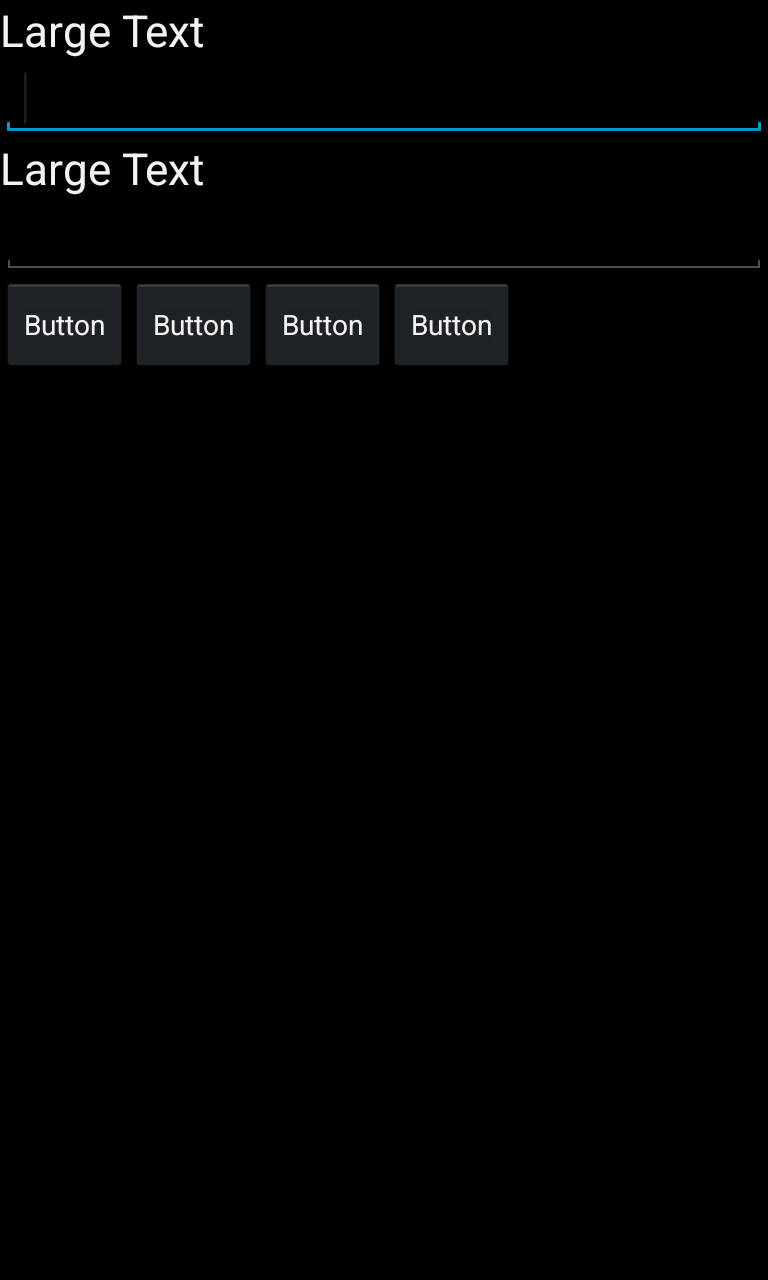
Repository: arcode/Android5124
Layout: Calculator/res/layout/main.xml
The author's editor kept a copy of each file at every save. The layout is drawn from the files as they stood at one save, then again after the next save.
It is drawn on a 768 x 1280 px phone screen (xhdpi) without system bars, with theme android:Theme.Holo; the app's code is not run.

Above is the layout before, as saved 2012-08-10 06:20:31.

### Calculator/res/layout/main.xml
<?xml version="1.0" encoding="utf-8"?>
<LinearLayout xmlns:android="http://schemas.android.com/apk/res/android"
    android:layout_width="fill_parent"
    android:layout_height="fill_parent"
    android:orientation="vertical" >

    <TextView
        android:id="@+id/textView1"
        android:layout_width="wrap_content"
        android:layout_height="wrap_content"
        android:text="Large Text"
        android:textAppearance="?android:attr/textAppearanceLarge" />

    <EditText
        android:id="@+id/editText1"
        android:layout_width="match_parent"
        android:layout_height="wrap_content"
        android:ems="10"
        android:inputType="numberSigned" >

        <requestFocus />
    </EditText>

    <TextView
        android:id="@+id/textView2"
        android:layout_width="wrap_content"
        android:layout_height="wrap_content"
        android:text="Large Text"
        android:textAppearance="?android:attr/textAppearanceLarge" />

    <EditText
        android:id="@+id/editText2"
        android:layout_width="match_parent"
        android:layout_height="wrap_content"
        android:ems="10"
        android:inputType="numberSigned" />

    <LinearLayout
        android:layout_width="match_parent"
        android:layout_height="wrap_content" >

        <Button
            android:id="@+id/button1"
            style="?android:attr/buttonStyleSmall"
            android:layout_width="wrap_content"
            android:layout_height="wrap_content"
            android:text="Button" />

        <Button
            android:id="@+id/button2"
            style="?android:attr/buttonStyleSmall"
            android:layout_width="wrap_content"
            android:layout_height="wrap_content"
            android:text="Button" />

        <Button
            android:id="@+id/button3"
            style="?android:attr/buttonStyleSmall"
            android:layout_width="wrap_content"
            android:layout_height="wrap_content"
            android:text="Button" />

        <Button
            android:id="@+id/button4"
            style="?android:attr/buttonStyleSmall"
            android:layout_width="wrap_content"
            android:layout_height="wrap_content"
            android:text="Button" />

    </LinearLayout>

</LinearLayout>

After the next save:
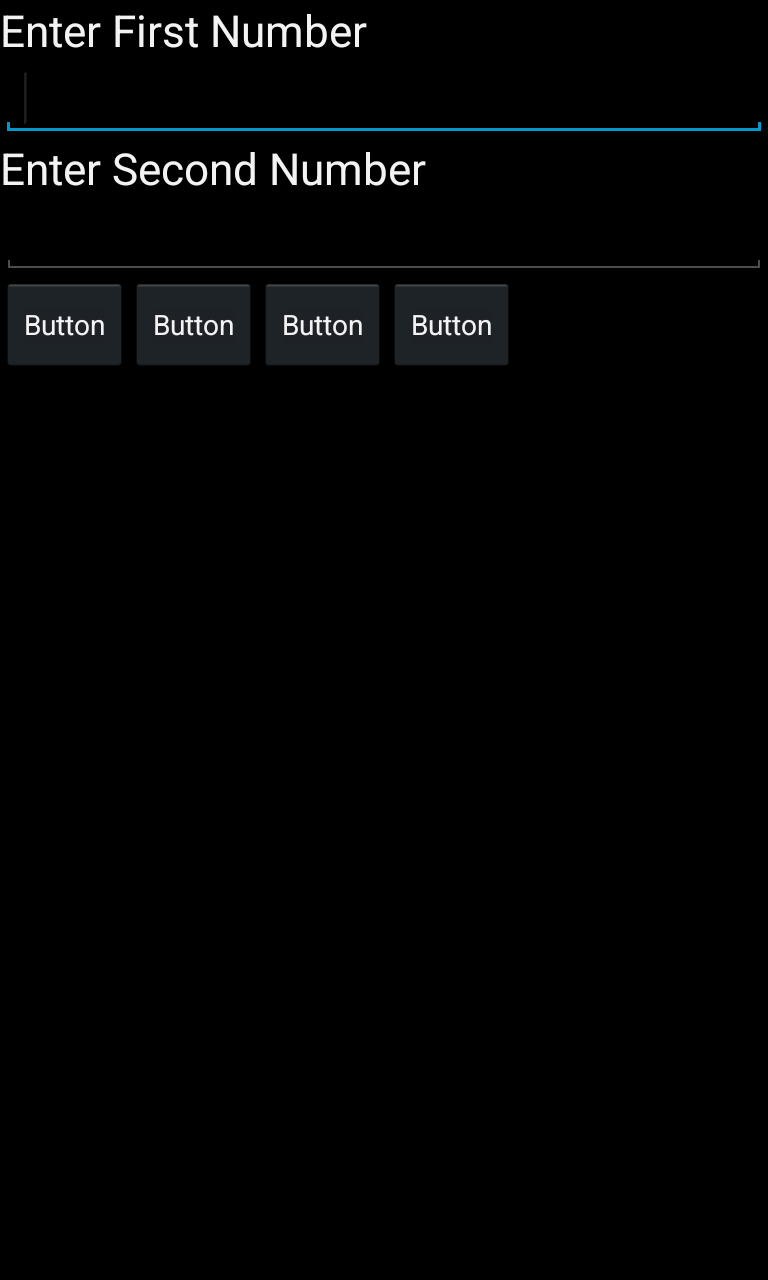
Saved 61 s later.
--- a/Calculator/res/layout/main.xml
+++ b/Calculator/res/layout/main.xml
@@ -8,7 +8,7 @@
         android:id="@+id/textView1"
         android:layout_width="wrap_content"
         android:layout_height="wrap_content"
-        android:text="Large Text"
+        android:text="Enter First Number"
         android:textAppearance="?android:attr/textAppearanceLarge" />
 
     <EditText
@@ -25,7 +25,7 @@
         android:id="@+id/textView2"
         android:layout_width="wrap_content"
         android:layout_height="wrap_content"
-        android:text="Large Text"
+        android:text="Enter Second Number"
         android:textAppearance="?android:attr/textAppearanceLarge" />
 
     <EditText
